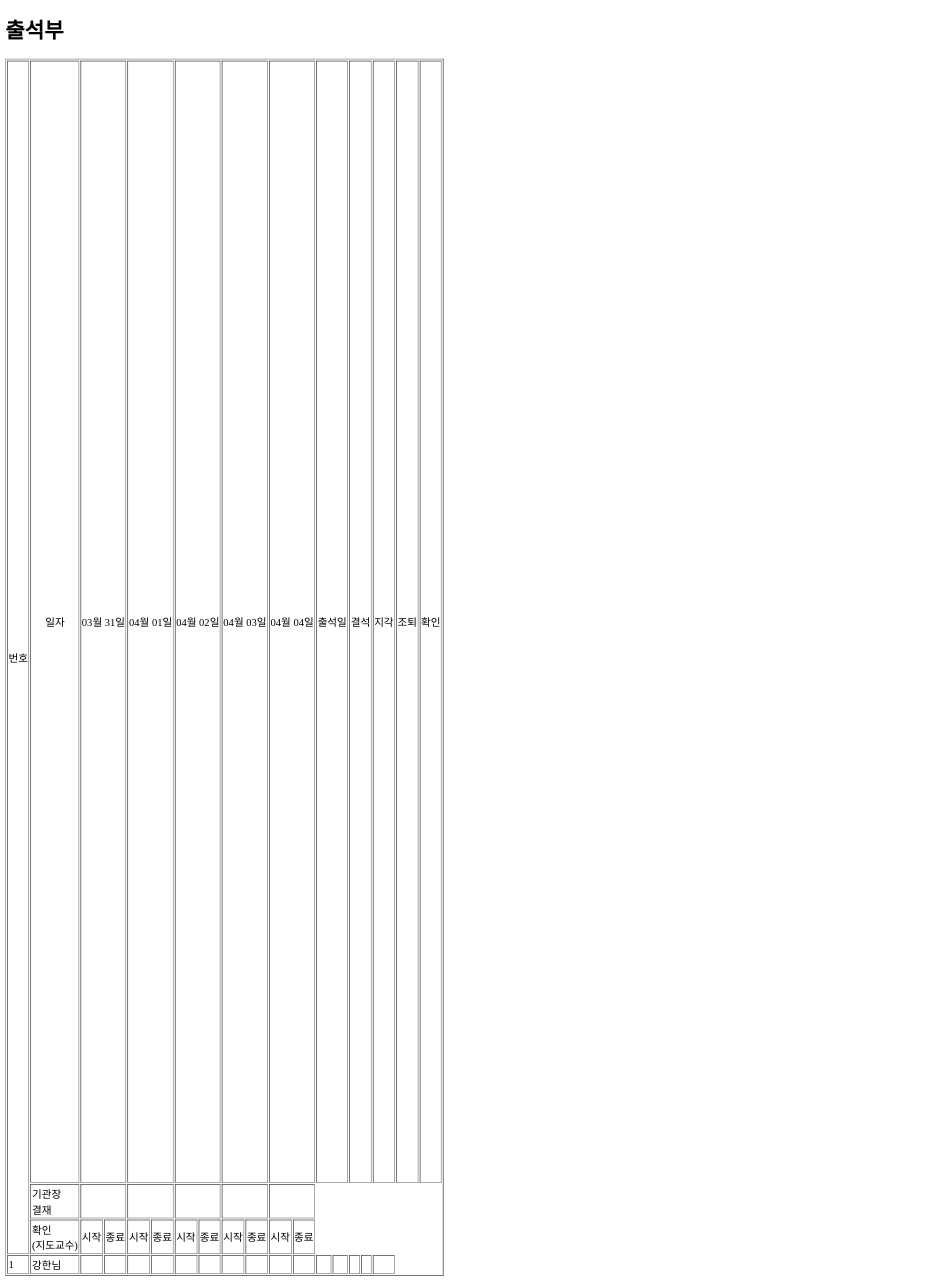
Repository: zzzzzzin/Client
Page: ClientTest/src/main/webapp/문제/Q11.html
The author's editor kept a copy of each file at every save. The page is drawn from the files as they stood at one save, then again after the next save.
The browser window is 1280 px wide. The page is 1280 px wide, then 1408 px, so the pictures cover 1408 px, including what lies to the right of the window. The pictures show the whole page, at 66% of full size.

Above is the page before, as saved 2024-03-13 08:43:39.

### ClientTest/src/main/webapp/문제/Q11.html
<!DOCTYPE html>
<html>
<head>
<meta charset="EUC-KR">
<title>Insert title here</title>
</head>
<body>
<h1>출석부</h1>
	<table border="1">
		<tr align="center" width="1400" height="1700">
			<td rowspan="3">번호</td>
			<td>일자</td>
			<td colspan="2">03월 31일</td>
			<td colspan="2">04월 01일</td>
			<td colspan="2">04월 02일</td>
			<td colspan="2">04월 03일</td>
			<td colspan="2">04월 04일</td>
			<td colspan="2">출석일</td>
			<td colspan="2">결석</td>
			<td colspan="2">지각</td>
			<td colspan="2">조퇴</td>
			<td colspan="2">확인</td>
		</tr>
		<tr>
			<td>기관장<br>결재</td>
			<td colspan="2"></td>
			<td colspan="2"></td>
			<td colspan="2"></td>
			<td colspan="2"></td>
			<td colspan="2"></td>
		</tr>
		<tr>
			<td>확인<br>(지도교수)</td>
			<td>시작</td>
			<td>종료</td>
			<td>시작</td>
			<td>종료</td>
			<td>시작</td>
			<td>종료</td>
			<td>시작</td>
			<td>종료</td>
			<td>시작</td>
			<td>종료</td>
		</tr>
		<tr>
			<td>1</td>
			<td>강한님</td>
			<td></td>
			<td></td>
			<td></td>
			<td></td>
			<td></td>
			<td></td>
			<td></td>
			<td></td>
			<td></td>
			<td></td>
			<td></td>
			<td></td>
			<td></td>
			<td></td>
			<td></td>
		</tr>
	</table>
</body>
</html>

After the next save:
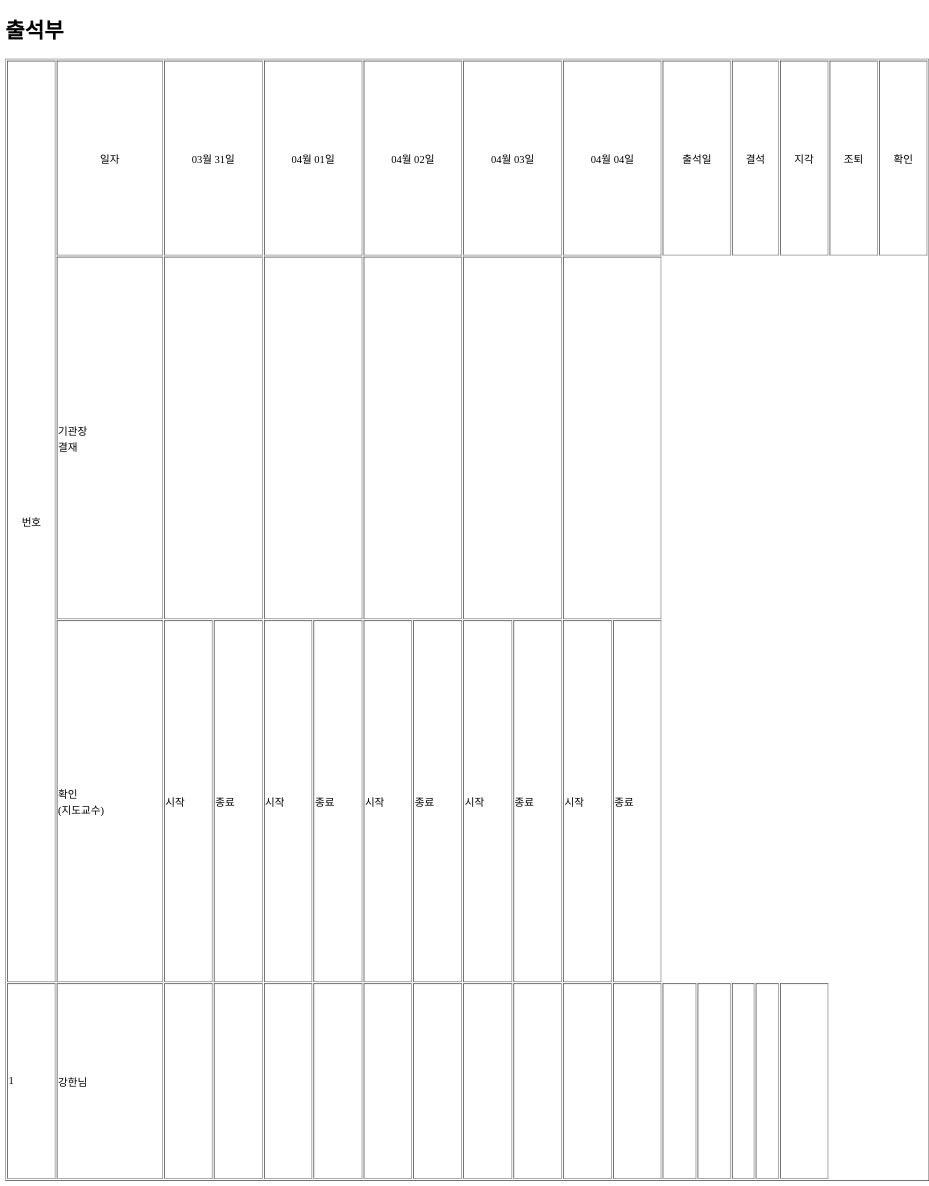
Saved 12 s later.
--- a/ClientTest/src/main/webapp/문제/Q11.html
+++ b/ClientTest/src/main/webapp/문제/Q11.html
@@ -6,8 +6,8 @@
 </head>
 <body>
 <h1>출석부</h1>
-	<table border="1">
-		<tr align="center" width="1400" height="1700">
+	<table border="1" width="1400" height="1700">
+		<tr align="center">
 			<td rowspan="3">번호</td>
 			<td>일자</td>
 			<td colspan="2">03월 31일</td>
